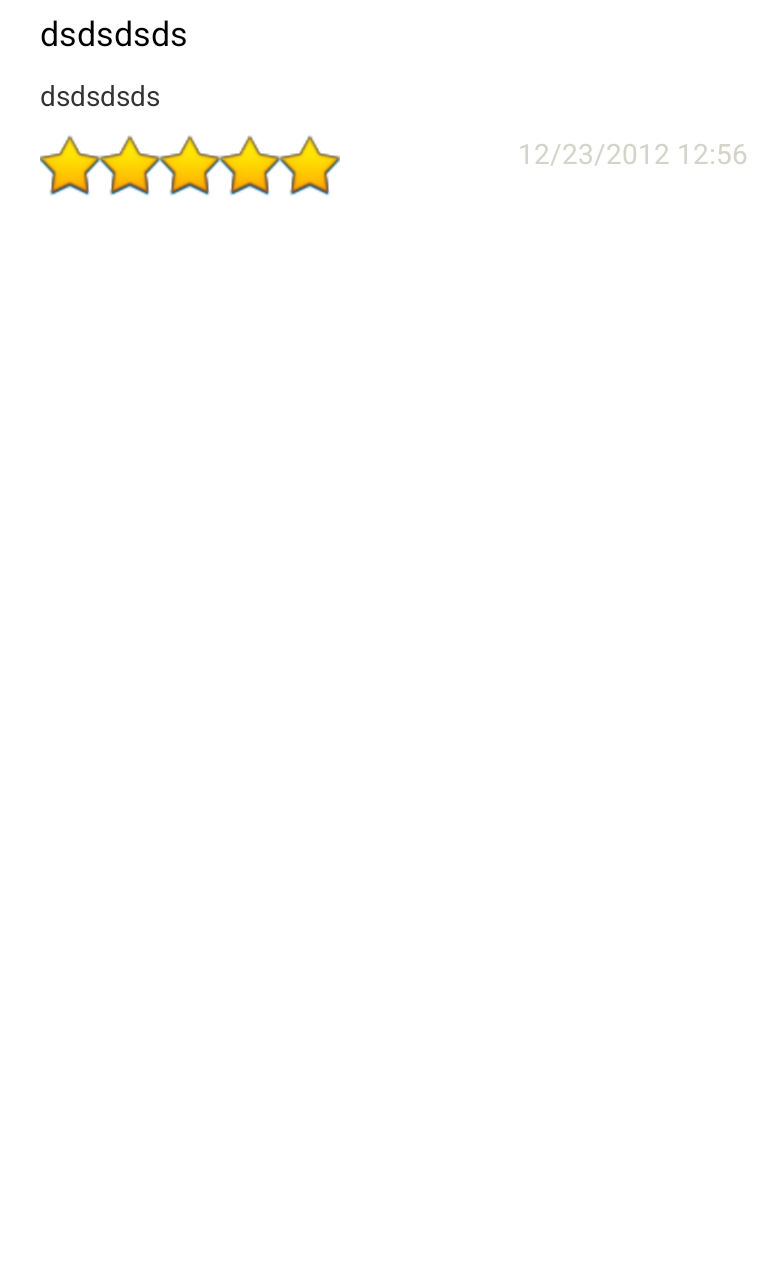
Repository: verma171/MyWork
Layout: whereto/res/layout/review_item.xml
The author's editor kept a copy of each file at every save. The layout is drawn from the files as they stood at one save, then again after the next save.
It is drawn on a 768 x 1280 px phone screen (xhdpi) without system bars, with theme AppTheme; the app's code is not run.

Above is the layout before, as saved 2014-06-29 09:33:48.

### whereto/res/layout/review_item.xml
<?xml version="1.0" encoding="utf-8"?>
<LinearLayout xmlns:android="http://schemas.android.com/apk/res/android"
    android:layout_width="match_parent"
    android:layout_height="match_parent"
    android:orientation="vertical" >
    <TextView
        android:id="@+id/lblName1"
        android:layout_width="fill_parent"
        android:layout_height="wrap_content"
        android:textSize="17sp"
        android:paddingTop="5dp"
        android:paddingBottom="5dp"
             android:text="dsdsdsds"
        android:textColor="#000000"
        android:layout_marginLeft="20dp"
       />
    <TextView
        android:id="@+id/lblReview1"
        android:layout_width="fill_parent"
        android:layout_height="wrap_content"
        android:textSize="14sp"
        android:paddingTop="5dp"
        android:text="dsdsdsds"
        android:paddingBottom="5dp"
        android:layout_marginRight="10dp"
        android:layout_marginLeft="20dp"
        />

   <RelativeLayout
       android:layout_width="match_parent"
       android:layout_height="match_parent"
       android:orientation="horizontal" >

      <ImageView
          android:id="@+id/imageViewGray"
          android:layout_width="wrap_content"
          android:layout_height="wrap_content"
          android:layout_gravity="left"
          android:layout_marginLeft="20dp"
          android:scaleType="centerCrop"
          android:src="@drawable/greystarpanel" />

       <ImageView
           android:id="@+id/imageViewGold"
           android:layout_width="wrap_content"
           android:layout_height="wrap_content"
           android:layout_gravity="left"
           android:layout_marginLeft="20dp"
           android:scaleType="matrix"
           android:src="@drawable/goldstarpanel" />

       <TextView
           android:id="@+id/lblTime1"
           android:layout_width="wrap_content"
           android:layout_height="wrap_content"
           android:layout_alignParentRight="true"
           android:layout_marginRight="10dp"
           android:paddingBottom="5dp"
           android:paddingTop="5dp"
           android:text="12/23/2012 12:56"
           android:textColor="#D4D4CA"
           android:textSize="14sp" />

</RelativeLayout>
</LinearLayout>

### whereto/res/values/styles.xml
<resources xmlns:android="http://schemas.android.com/apk/res/android">

    <!--
        Base application theme, dependent on API level. This theme is replaced
        by AppBaseTheme from res/values-vXX/styles.xml on newer devices.
    -->
    <style name="AppBaseTheme" parent="android:Theme.Light">
        <!--
            Theme customizations available in newer API levels can go in
            res/values-vXX/styles.xml, while customizations related to
            backward-compatibility can go here.
        -->
    </style>

    <!-- Application theme. -->
    <style name="AppTheme" parent="AppBaseTheme">
        <!-- All customizations that are NOT specific to a particular API-level can go here. -->
    </style>


    <style name="CodeFont" parent="@android:style/TextAppearance.Medium">
        <item name="android:layout_width">fill_parent</item>
        <item name="android:layout_height">wrap_content</item>
        <item name="android:textColor">#08088A</item>
        <item name="android:typeface">monospace</item>
        <item name="android:visibility">visible</item>
        <item name="android:textSize">15sp</item>
        <item name="android:layout_marginLeft">10dp</item>
        <item name="android:layout_marginTop">10dp</item>
    </style>
    <style name="Label1Style">
            <item name="android:layout_width">fill_parent</item>
            <item name="android:layout_height">wrap_content</item>
            <item name="android:background">@color/grayBg</item>
            <item name="android:paddingBottom">5dp</item>
            <item name="android:paddingLeft">10dp</item>
            <item name="android:paddingTop">5dp</item>
            <item name="android:textColor">#08088A</item>
            <item name="android:textSize">14sp</item>
    </style>






</resources>

Loaded but not shown: whereto/res/values-v11/styles.xml (common file); whereto/res/values-v14/styles.xml (common file)

After the next save:
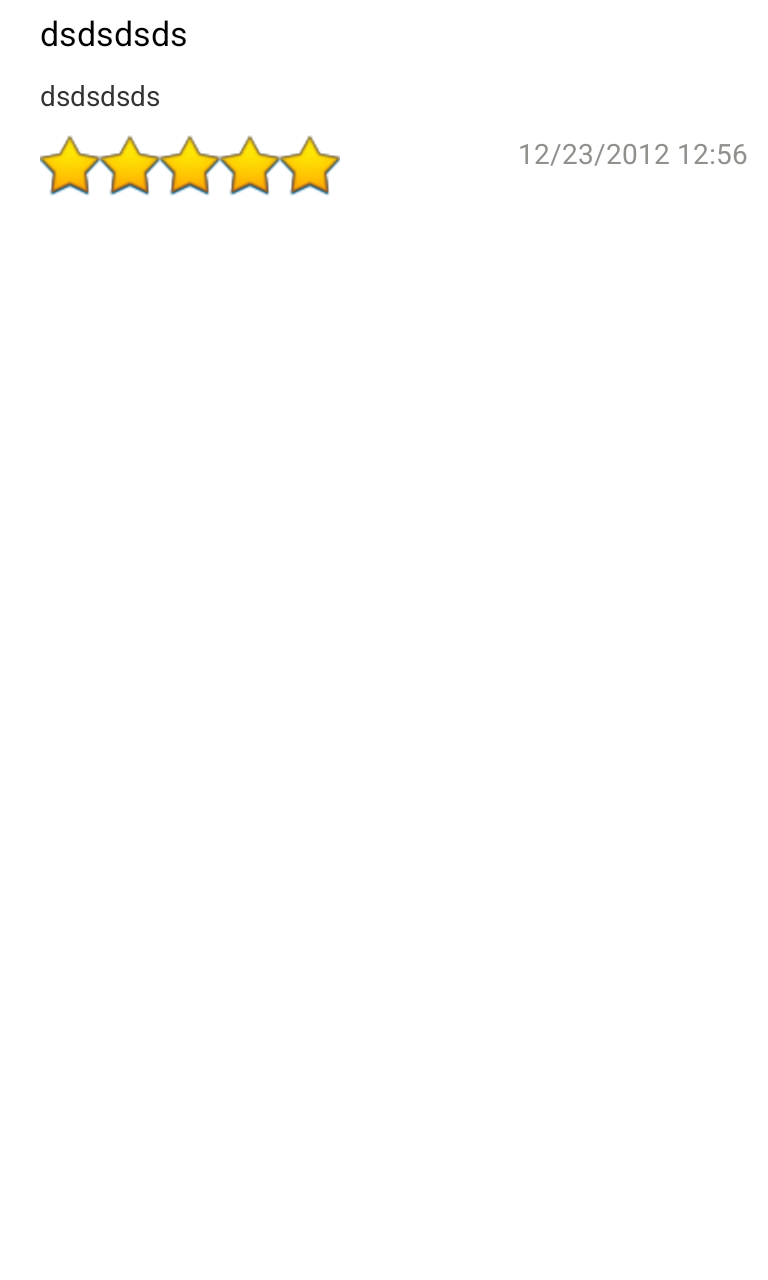
Saved 27 s later.
--- a/whereto/res/layout/review_item.xml
+++ b/whereto/res/layout/review_item.xml
@@ -58,7 +58,7 @@
            android:paddingBottom="5dp"
            android:paddingTop="5dp"
            android:text="12/23/2012 12:56"
-           android:textColor="#D4D4CA"
+           android:textColor="#91908C"
            android:textSize="14sp" />
 
 </RelativeLayout>
